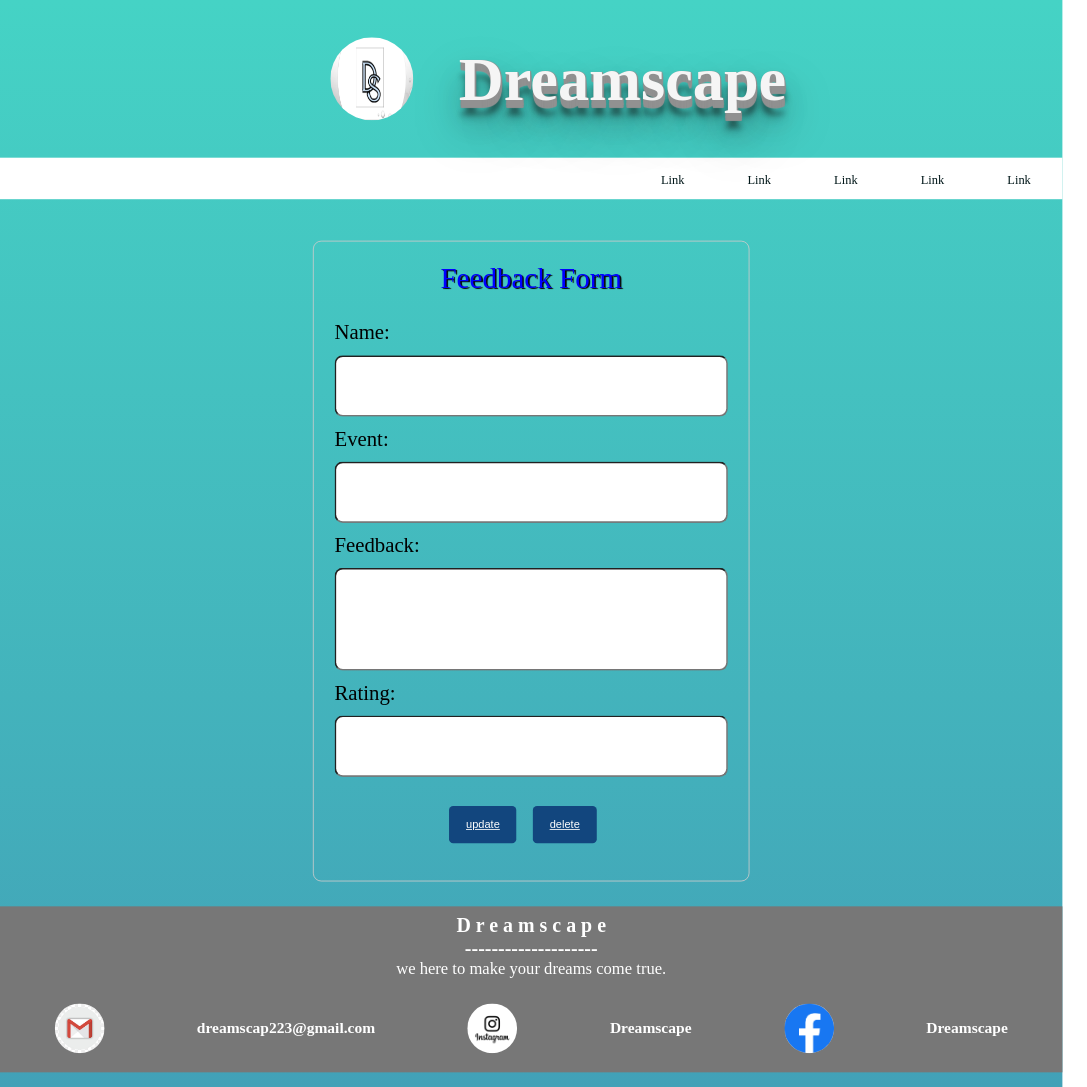
Repository: Dulankayapa/2ndyearoopprojrct
Page: http://localhost/feedback/Success.jsp
The author's editor kept a copy of each file at every save. The page is drawn from the files as they stood at one save, then again after the next save.
The browser window is 1280 px wide. The page is 1310 px wide, so the pictures cover 1310 px, including what lies to the right of the window. The pictures show the whole page, at 83% of full size.
The page is served by Tomcat 9. Nobody is signed in. The application's start-up code is not run.

Above is the page before, as saved 2023-10-21 06:47:57.

After the next save:
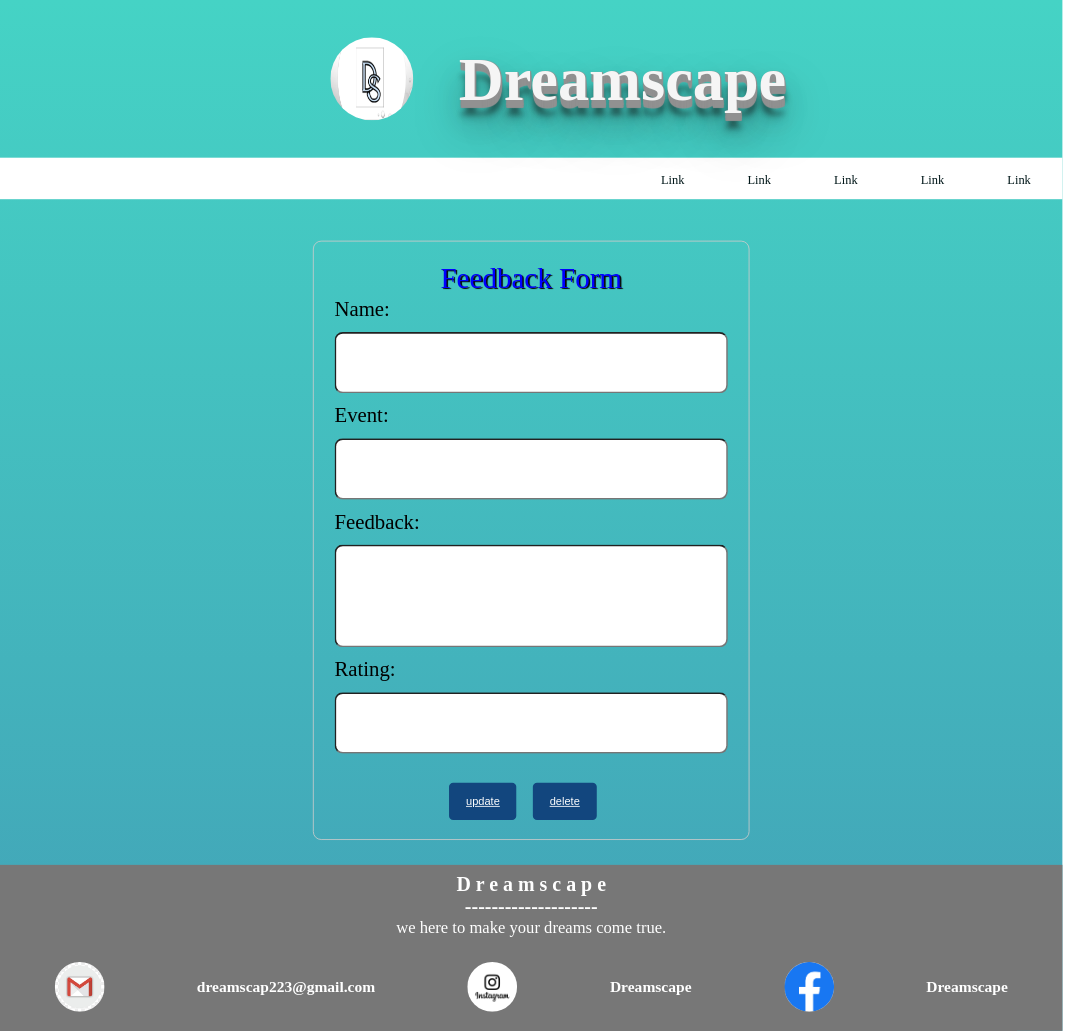
Saved 3 min 53 s later.
--- a/feedback/src/main/webapp/Success.jsp
+++ b/feedback/src/main/webapp/Success.jsp
@@ -101,7 +101,7 @@ h1 {
 	border: 1px solid #ccc;
 	border-radius: 10px;
 	font-size: 25px;
-	height: 720px;
+	height: 670px;
 }
 
 label, input, textarea {
@@ -139,9 +139,8 @@ button {
 button:hover {
 	background-color: #0d2f5a;
 }
-
-button a {
-	color: white;
+button a{
+color:white;
 }
 
 /* Style the footer */
@@ -181,13 +180,6 @@ footer p {
 </head>
 <body>
 
-<%
-	String name = request.getParameter("name");
-	String event = request.getParameter("event");
-	String feedback = request.getParameter("feedback");
-	String rating = request.getParameter("rating");
-	%>
-
 	<div class="header">
 		<img class="imge" src="logo1.png" width="100px" height="100px">
 		<h2>Dreamscape</h2>
@@ -205,49 +197,45 @@ footer p {
 				Form</p>
 
 			<form action="fbservlet" method="post">
-
 				<c:set var="name" value="${name }" />
 				<c:set var="event" value="${event }" />
 				<c:set var="feedback" value="${feedback }" />
 				<c:set var="rating" value="${rating }" />
 
 				<!-- update inserted data -->
-				<c:url value="updatefb.jsp" var="updatefb">
-
-					<c:param name="name" value="${name}" />
-					<c:param name="event" value="${event}" />
-					<c:param name="feedback" value="${feedback}" />
-					<c:param name="rating" value="${rating }" />
-
-				</c:url>
-
-				<!-- Delete inserted data -->
-				<c:url value="fbdelete.jsp" var="fbdelete">
-
-					<c:param name="name" value="${name}" />
-					<c:param name="event" value="${event}" />
-					<c:param name="feedback" value="${feedback}" />
-					<c:param name="rating" value="${rating }" />
-
-        </c:url>
+        <c:url value = "updatefb.jsp" var="updatefb">
+               <c:param name="name" value = "${name}"/>
+               <c:param name="event" value = "${event}"/>
+               <c:param name="feedback" value = "${feedback}"/>
+               	<c:param name="rating" value="${rating }" />
+
+        </c:url>
+
+        <!-- Delete inserted data -->
+        <c:url value = "fbdelete.jsp" var="fbdelete">
+               <c:param name="name" value = "${name}"/>
+               <c:param name="event" value = "${event}"/>
+               <c:param name="feedback" value = "${feedback}"/>
+               <c:param name="rating" value="${rating }" />
+
+</c:url>
+
+
 
 				<label for="name">Name:</label> <input type="text" id="name"
 					name="name" value="${name }" /> <label for="event">Event:</label>
 				<input type="text" id="event" name="event" value="${event }" /> <label
 					for="message">Feedback:</label> <input type="text"
 					style="height: 100px;" name="feedback" value="${feedback }">
+
 				<label for="rating">Rating:</label> <input type="text" id="rating"
 					name="rating" value="${rating }" />
 
 
 				<div style="display: flex; justify-content: center;">
 
-					<button style="margin-right: 20px">
-						<a href="${updatefb}">update</a>
-					</button>
-					<button type="submit" style="margin-right: 20px">
-						<a href="${fbdelete}">delete</a>
-					</button>
+                <button style="margin-right: 20px">   <a href ="${updatefb}">update</a>  </button>
+					<button type="submit" style="margin-right: 20px"><a href ="${fbdelete}">delete</a></button>
 				</div>
 			</form>
 		</div>
